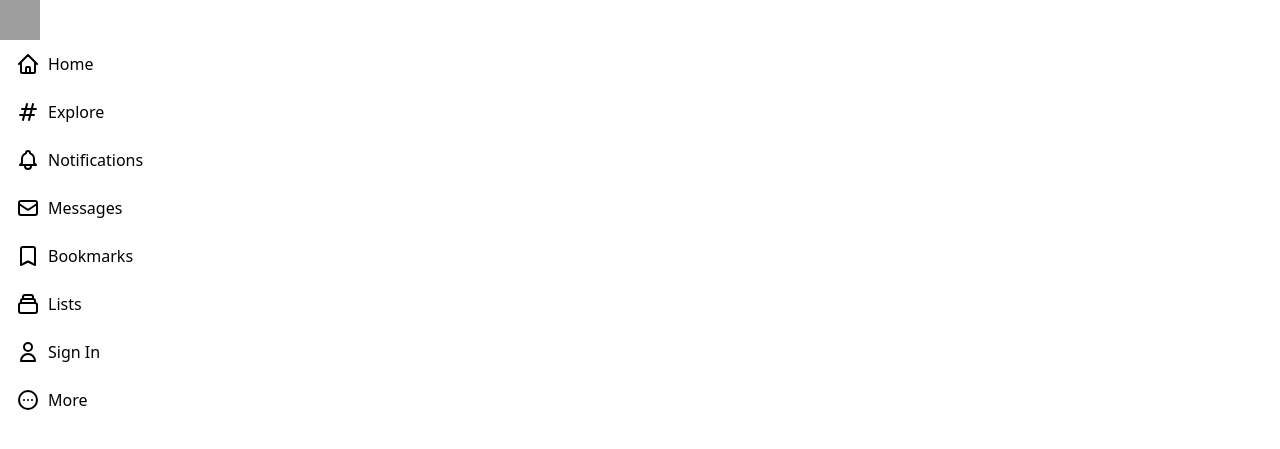
Repository: pabx12/twitter-clone
Page: /
An editor plug-in stored every save of this project. The page is shown before and after the next save, followed by the edit.
The browser window is 1280 px wide. The pictures show the whole page.
Pictures or frames that could not be fetched are drawn as grey boxes. The project was rebuilt for these pictures with package versions that can differ from the ones it lists, and the page was loaded fresh each time. The framework's server and built-in components were replaced by stand-ins that run in the browser. Also part of the build but not shown: next.config.js.

Above is the page before, as saved 2022-05-06 22:36:11.

### pages/index.tsx
import type { NextPage } from 'next'
import Head from 'next/head'
import Image from 'next/image'
import Sidebar from '../components/Sidebar'

const Home: NextPage = () => {
  return (
    <div className="">
      <Head>
        <title>Twitter</title>
        <link rel="icon" href="/favicon.ico" />
      </Head>
      <main>
        <Sidebar/>
      </main>


    </div>
  )
}

export default Home

### components/Sidebar.tsx
import React from 'react'
import SidebarRow from './SidebarRow'
import {
    BellIcon,
    HashtagIcon,
    HomeIcon,
    BookmarkIcon,
    CollectionIcon,
    DotsCircleHorizontalIcon,
    MailIcon,
    UserIcon
} from '@heroicons/react/outline'

function Sidebar() {
  return (
    <div>
        <img className='w-10 h-10' src="https://cdn.pixabay.com/photo/2018/06/22/19/03/logo-3491390_960_720.png" alt="Twitter" />
        <SidebarRow Icon={HomeIcon} name="Home" />
        <SidebarRow Icon={HashtagIcon} name="Explore" />
        <SidebarRow Icon={BellIcon} name="Notifications" />
        <SidebarRow Icon={MailIcon} name="Messages" />
        <SidebarRow Icon={BookmarkIcon} name="Bookmarks" />
        <SidebarRow Icon={CollectionIcon} name="Lists" />
        <SidebarRow Icon={UserIcon} name="Sign In" />
        <SidebarRow Icon={DotsCircleHorizontalIcon} name="More" />
    </div>
  )
}

export default Sidebar

### components/SidebarRow.tsx
import React, { SVGProps } from 'react'

interface props {
    Icon: (props:SVGProps<SVGSVGElement> ) => JSX.Element
    name : string
}
function SidebarRow({Icon, name}: props) {
  return (
    <div className='flex max-w-fit items-center space-x-2 px-4 py-3 rounded-full group hover:bg-gray-100 cursor-pointer  transition-all duration-200'>
        <Icon className="h-6 w-6" />
        <p className='group-hover:text-twitter'>{name}</p>
    </div>
  )
}

export default SidebarRow

### tailwind.config.js
module.exports = {
  content: [
    './pages/**/*.{js,ts,jsx,tsx}',
    './components/**/*.{js,ts,jsx,tsx}',
  ],
  theme: {
    extend: {
      colors:{
        twitter : '#00ADED',
      }
    },
  },
  plugins: [],
}

Loaded but not shown: pages/_app.tsx (common file); styles/globals.css (common file)

After the next save:
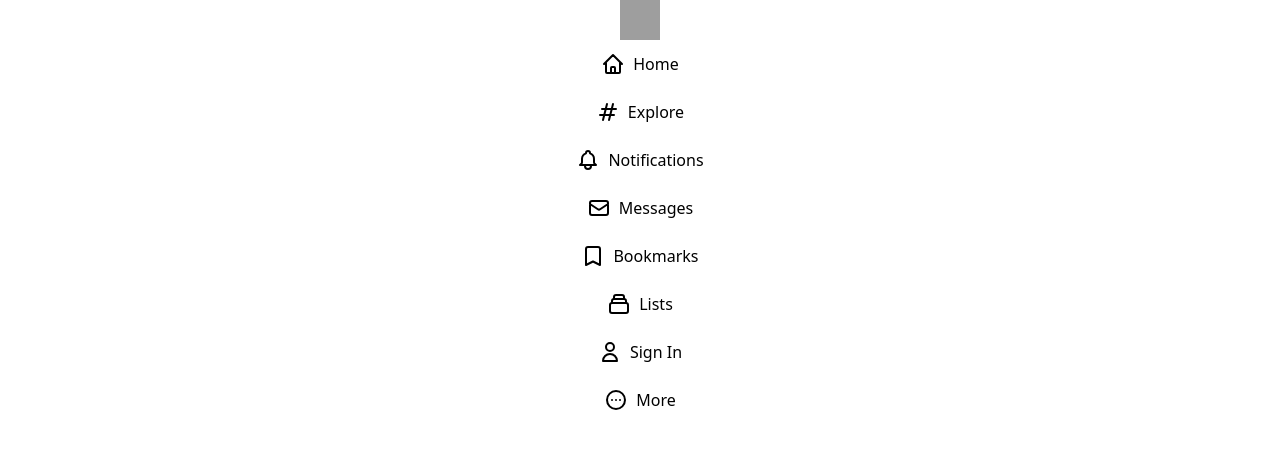
Saved 3 min 24 s later.
--- a/components/Sidebar.tsx
+++ b/components/Sidebar.tsx
@@ -13,7 +13,7 @@
 
 function Sidebar() {
   return (
-    <div>
+    <div className='flex flex-col items-center'>
         <img className='w-10 h-10' src="https://cdn.pixabay.com/photo/2018/06/22/19/03/logo-3491390_960_720.png" alt="Twitter" />
         <SidebarRow Icon={HomeIcon} name="Home" />
         <SidebarRow Icon={HashtagIcon} name="Explore" />

After the save that followed:
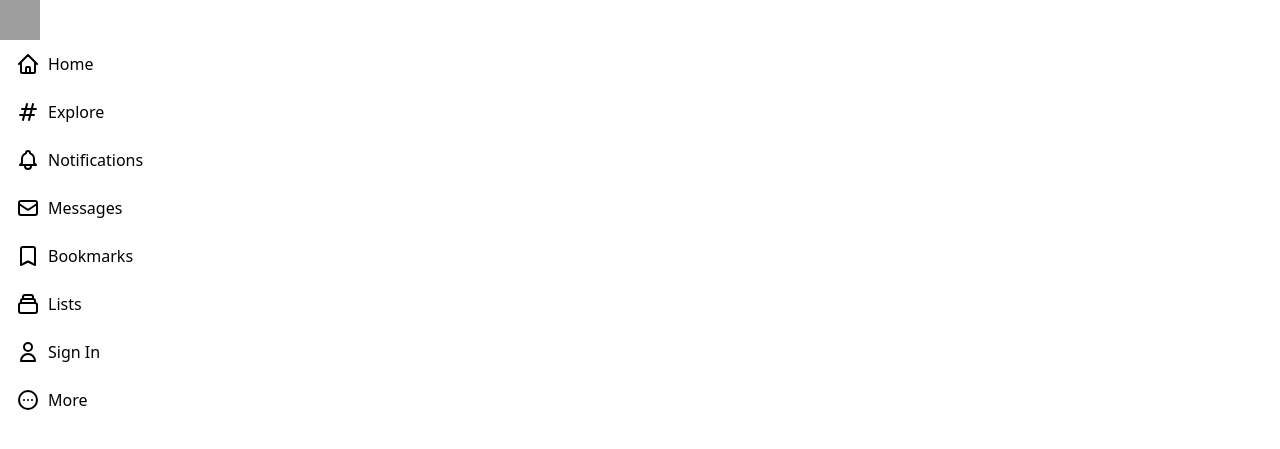
Saved 5 s later.
--- a/components/Sidebar.tsx
+++ b/components/Sidebar.tsx
@@ -13,7 +13,7 @@
 
 function Sidebar() {
   return (
-    <div className='flex flex-col items-center'>
+    <div className='flex flex-col'>
         <img className='w-10 h-10' src="https://cdn.pixabay.com/photo/2018/06/22/19/03/logo-3491390_960_720.png" alt="Twitter" />
         <SidebarRow Icon={HomeIcon} name="Home" />
         <SidebarRow Icon={HashtagIcon} name="Explore" />
